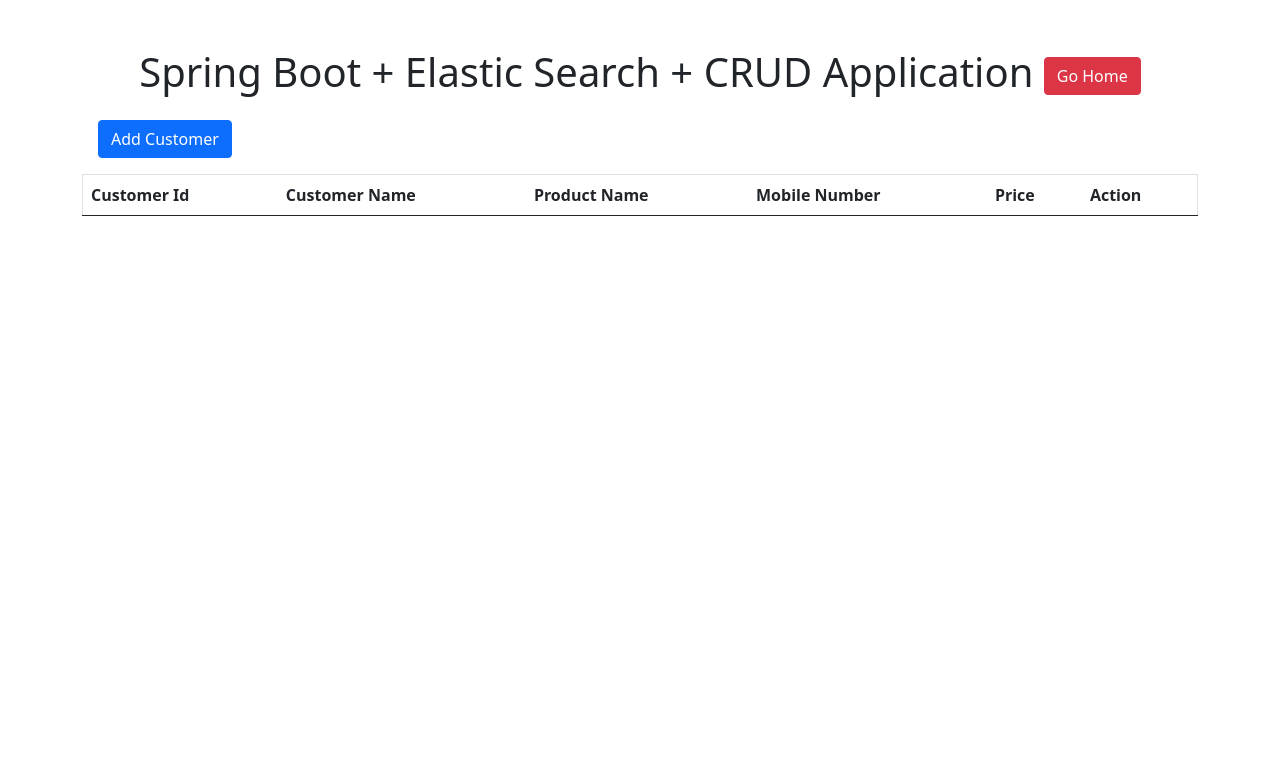
Repository: venkatamahesh1234/SimpleApplication
Page: http://localhost/index
The author's editor kept a copy of each file at every save. The page is drawn from the files as they stood at one save, then again after the next save.
The browser window is 1280 px wide. The pictures show the whole page.
The page is this project's Thymeleaf template; nobody is signed in. The template is opened directly, without the code that normally fills it, so the values that code supplies are empty.

Above is the page before, as saved 2023-05-25 07:42:11.

After the next save:
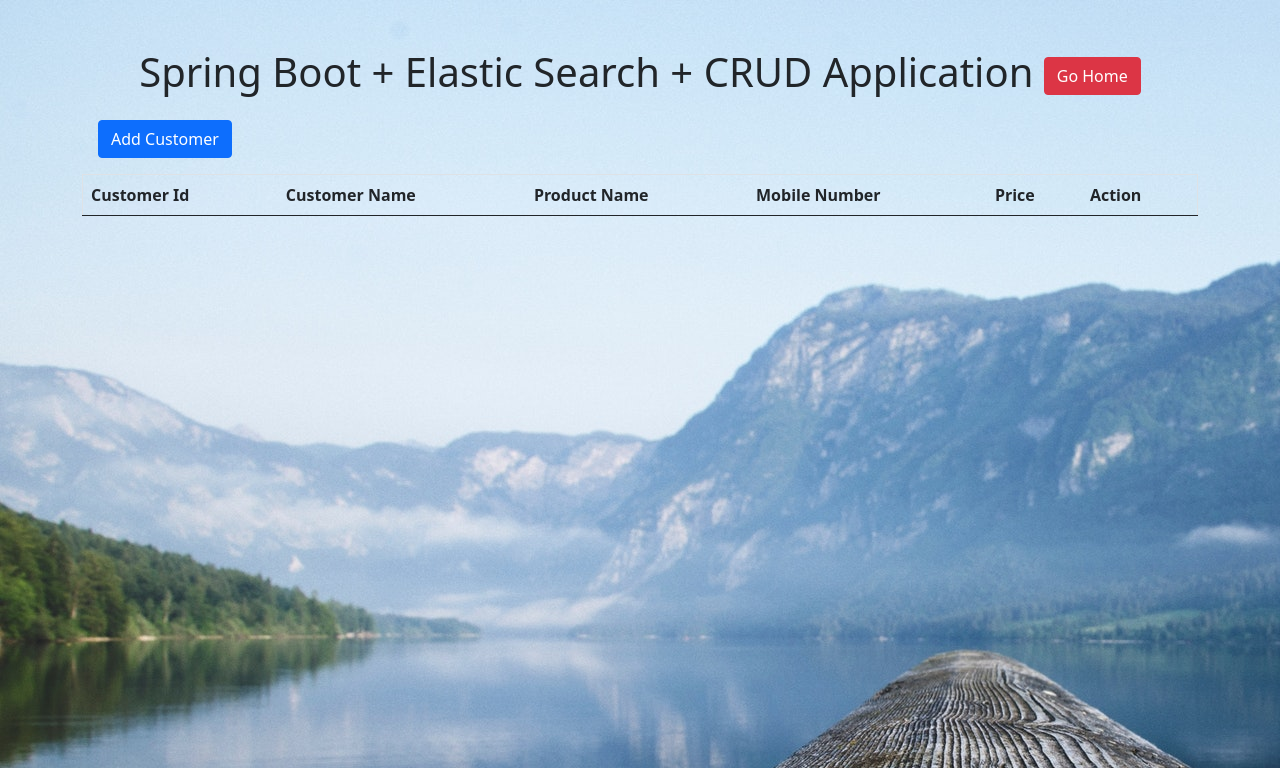
Saved 63 min 48 s later.
--- a/SpringMVCElasticsearchCustomerApp/src/main/resources/templates/index.html
+++ b/SpringMVCElasticsearchCustomerApp/src/main/resources/templates/index.html
@@ -4,7 +4,7 @@
 		<title>Customer Store</title>
 		<link href="https://cdn.jsdelivr.net/npm/bootstrap@5.0.2/dist/css/bootstrap.min.css" rel="stylesheet" integrity="sha384-EVSTQN3/azprG1Anm3QDgpJLIm9Nao0Yz1ztcQTwFspd3yD65VohhpuuCOmLASjC" crossorigin="anonymous">
 	</head>
-	<body class="br-image" style="background-image: url(); height: 100vh;">
+	<body class="br-image" style="background-image: url(../static/background.jpg); height: 100vh;">
 		<div class="container my-5 ">
     <h1 class="text-center">Spring Boot + Elastic Search + CRUD Application
         <a href="/" class="btn btn-danger text-right">Go Home</a>
